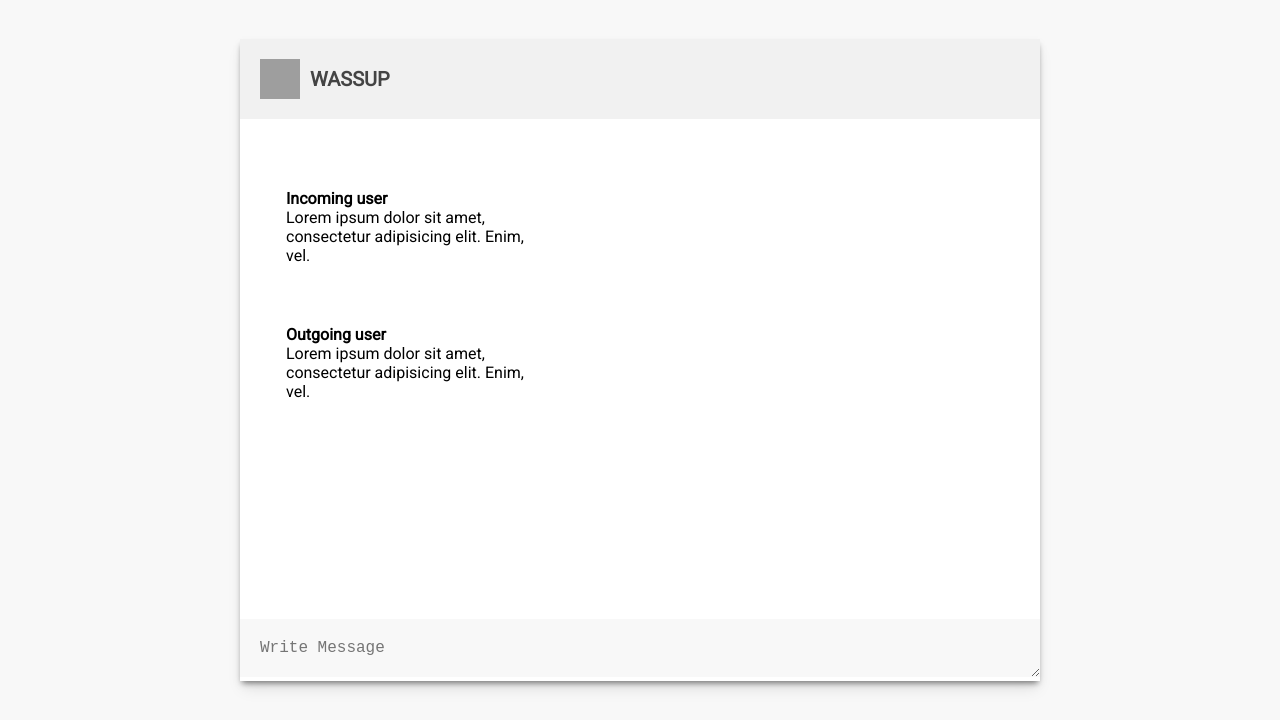
Repository: yashrajverma/Wassup-Chat-App
Page: http://localhost/
The author's editor kept a copy of each file at every save. The page is drawn from the files as they stood at one save, then again after the next save.
The browser window is 1280 px wide. The pictures show the whole page.
Pictures or frames that could not be fetched are drawn as grey boxes. The page is served by the project's Node server (server.js).

Above is the page before, as saved 2020-11-19 12:04:42.

### views/index.ejs
<!DOCTYPE html>
<html lang="en">

<head>
    <meta charset="UTF-8">
    <meta name="viewport" content="width=device-width, initial-scale=1.0">
    <title>Wassup Chat app</title>
    <link rel="stylesheet" href="/public/style.css">
    <link rel="stylesheet" href="https://fonts.googleapis.com/css2?family=Roboto&display=swap">
</head>

<body>
    <script src="/public/client.js"></script>
    <section class="chat_section">
        <div class="brand">
            <img src="https://bookmyscans.com/blog/wp-content/uploads/2017/06/phone-call-icon-16.png" alt="wassup image">
            <h1>Wassup</h1>
        </div>
        <div class="message_area">
            <div class="incoming message">
                <h4>Incoming user</h4>
                <p>Lorem ipsum dolor sit amet, consectetur adipisicing elit. Enim, vel.</p>
            </div>
            <div class="outgoing message">
                <h4>Outgoing user</h4>
                <p>Lorem ipsum dolor sit amet, consectetur adipisicing elit. Enim, vel.</p>
            </div>
        </div>
        <div>
            <textarea id="message_box" cols="30" rows="1" placeholder="Write Message"></textarea>
        </div>
    </section>
</body>

</html>

### server.js
const express = require('express');
const app = express();
const PORT = process.env.PORT || 3000;
app.set('view engine', 'ejs');
app.use('/public', express.static('public'));
app.get('/', (req, res) => {
    res.render('index');
});
app.listen(PORT);

### public/style.css
@import url('https://fonts.googleapis.com/css2?family=Roboto&display=swap');
* {
    padding: 0;
    margin: 0;
    box-sizing: border-box;
}

body {
    display: flex;
    align-items: center;
    justify-content: center;
    min-height: 100vh;
    background: #f8f8f8;
    font-family: 'Roboto', sans-serif;
}

section.chat_section {
    min-height: 90%;
    width: 800px;
    background: #fff;
    box-shadow: 0 10px 15px -3px rgba(0, 0, 0, 0.1), 0 4px 6px -2px rgba(0, 0, 0, 0.5);
}

.brand {
    align-items: center;
    display: flex;
    padding: 20px;
    background: #f1f1f1;
}

.brand img {
    width: 40px;
    height: 40px;
}

.brand h1 {
    text-transform: uppercase;
    font-size: 20px;
    color: #444;
    margin-left: 10px;
}

.message_area {
    height: 500px;
    display: flex;
    padding: 16px;
    flex-direction: column;
    overflow-y: auto;
    padding-top: 40px;
}

textarea {
    border: none;
    width: 100%;
    padding: 20px;
    background: #f8f8f8;
    outline: none;
    font-size: 16px;
    resize: vertical;
}

.message {
    padding: 20px;
    border-radius: 4px;
    max-width: 300px;
    position: relative;
    margin: 10px;
}

.incoming {}

Loaded but not shown: public/client.js (no copy from this time; the picture is the same without it)

After the next save:
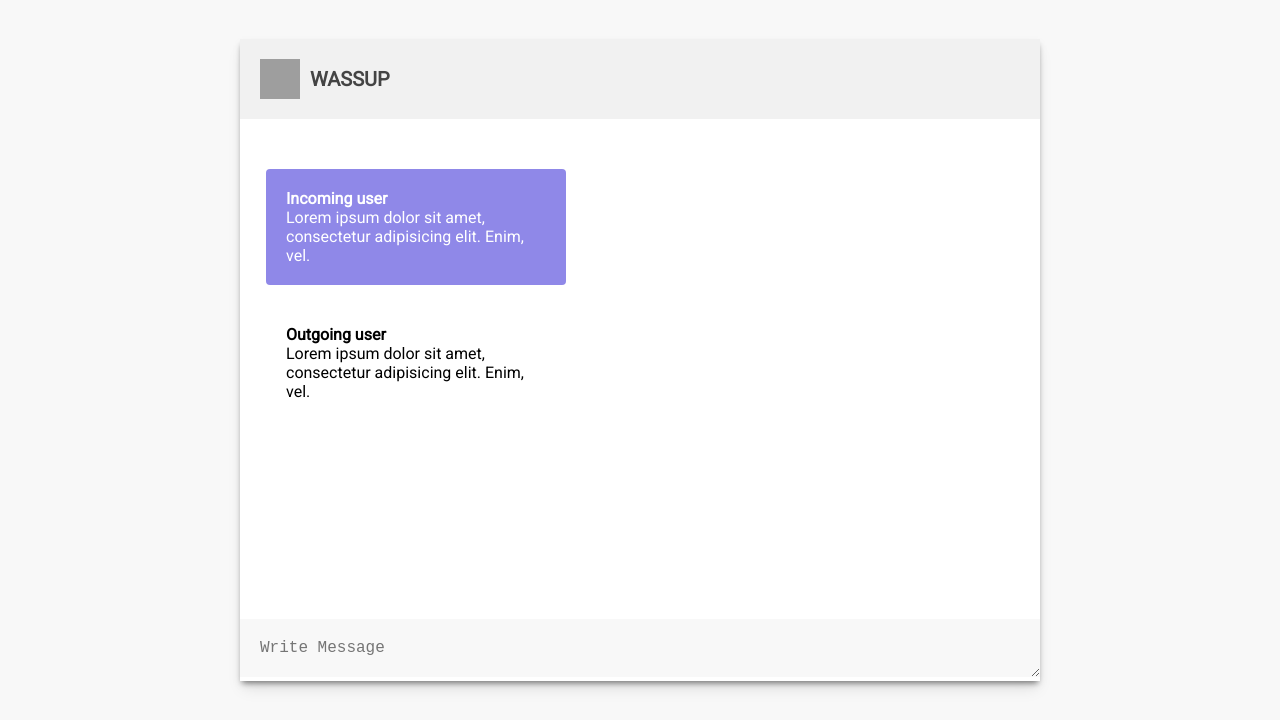
Saved 45 s later.
--- a/public/style.css
+++ b/public/style.css
@@ -67,4 +67,7 @@ textarea {
     margin: 10px;
 }
 
-.incoming {}
+.incoming {
+    color: #fff;
+    background: #8f88e8;
+}
